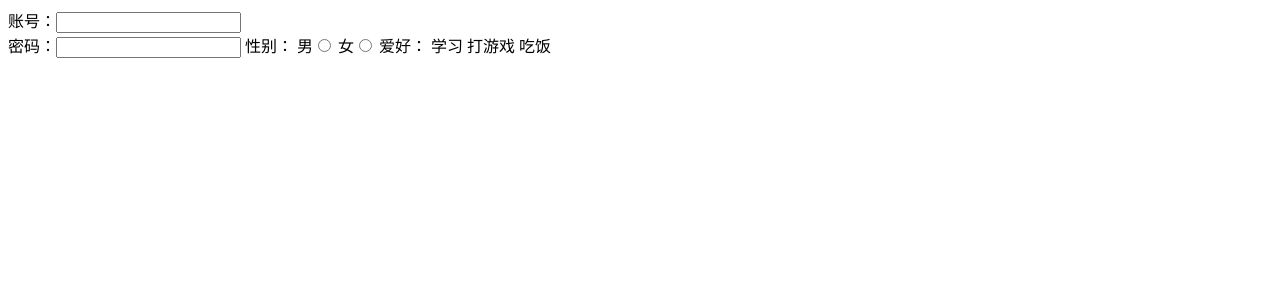
Repository: Lconfident/Learning_Process
Page: Vue/vue_basic/13__收集表单数据/1.收集表单数据.html
An editor plug-in stored every save of this project. The page is shown before and after the next save, followed by the edit.
The browser window is 1280 px wide. The pictures show the whole page.

Above is the page before, as saved 2023-07-22 10:07:13.

After the next save:
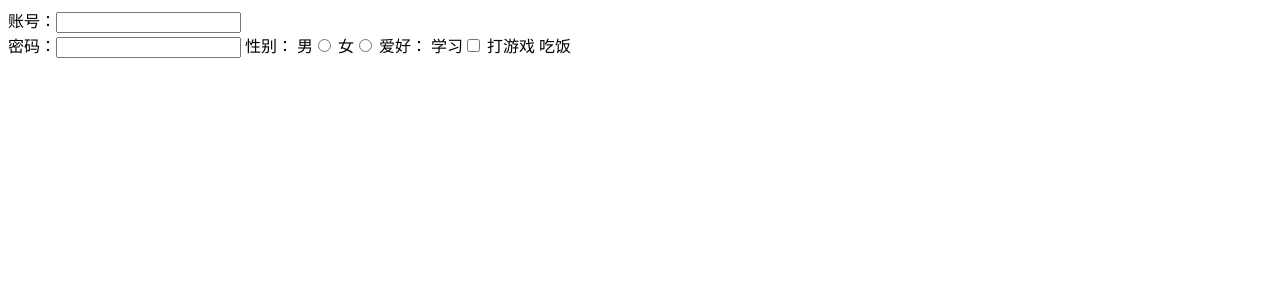
Saved 15 s later.
--- a/Vue/vue_basic/13__收集表单数据/1.收集表单数据.html
+++ b/Vue/vue_basic/13__收集表单数据/1.收集表单数据.html
@@ -19,7 +19,7 @@
             男<input type="radio" name="gender">
             女<input type="radio" name="gender">
             爱好：
-            学习
+            学习<input type="checkbox" name="" id="">
             打游戏
             吃饭
         </form>
